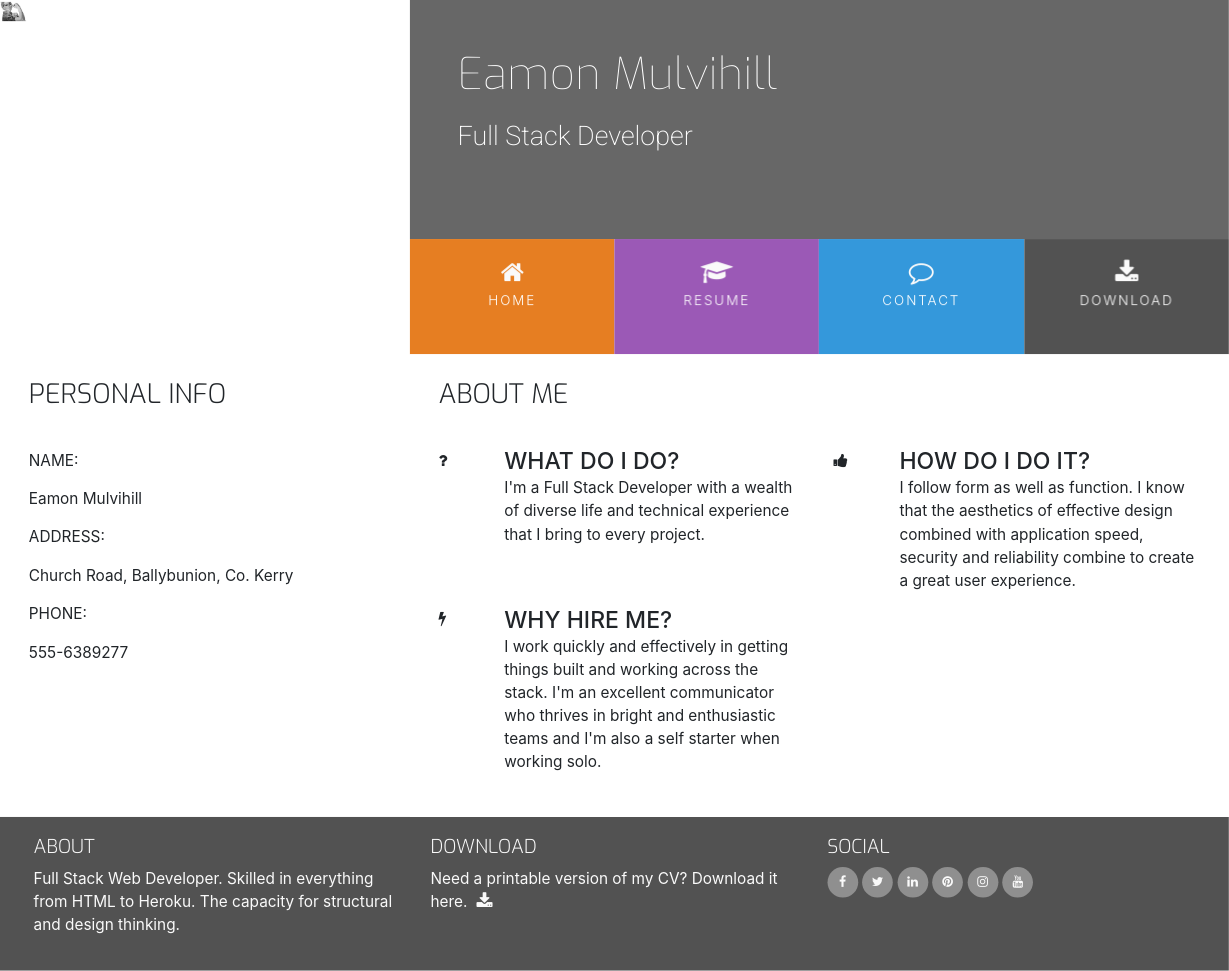
Repository: emulvihi/interactive-cv
Page: index.html
The author's editor kept a record of every edit. The page is drawn from the files as they stood at one moment, then again after the next edit.
The browser window is 1280 px wide. The pictures show the whole page, at 96% of full size.

Above is the page before.

After the next edit:
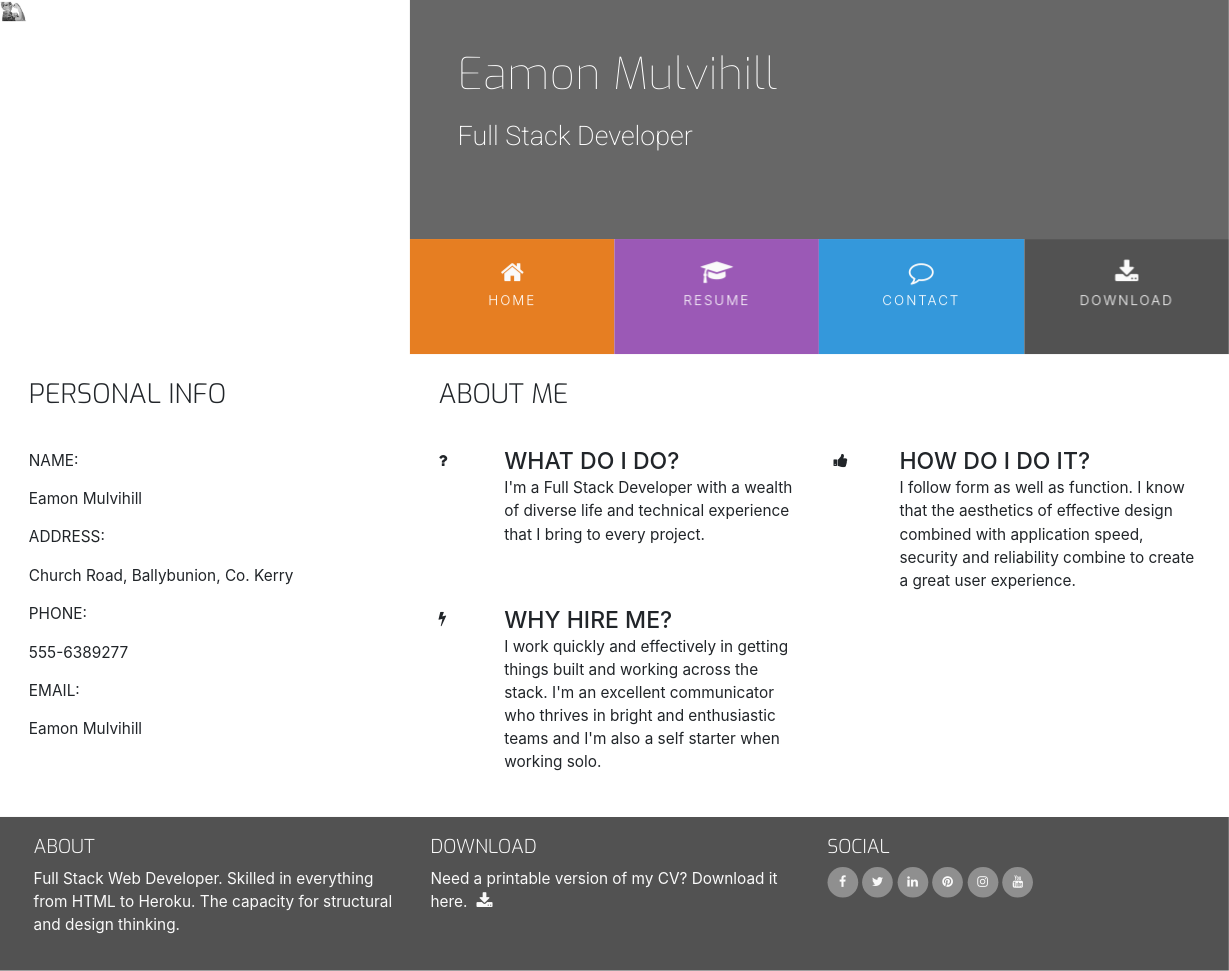
The edit:
--- a/index.html
+++ b/index.html
@@ -94,6 +94,18 @@
                         </p>
                     </div>
                 </div>
+                <div class="personal-info-item">
+                    <div class="key">
+                        <p class="uppercase">
+                            Email:
+                        </p>
+                    </div>
+                    <div class="value">
+                        <p>
+                            Eamon Mulvihill
+                        </p>
+                    </div>
+                </div>
             </div>
             <div class="col-md-8 bg-color-three-reasons section-column">
                 <div class="row">
